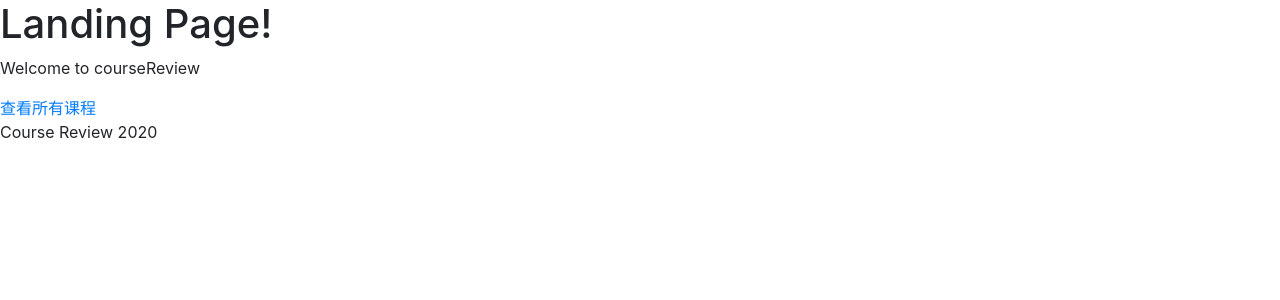
Repository: codewangg/CourseReview
Page: http://localhost/
An editor plug-in stored every save of this project. The page is shown before and after the next save, followed by the edit.
The browser window is 1280 px wide. The pictures show the whole page.
The page is served by the project's Node server (app.js).

Above is the page before, as saved 2020-08-15 16:38:33.

After the next save:
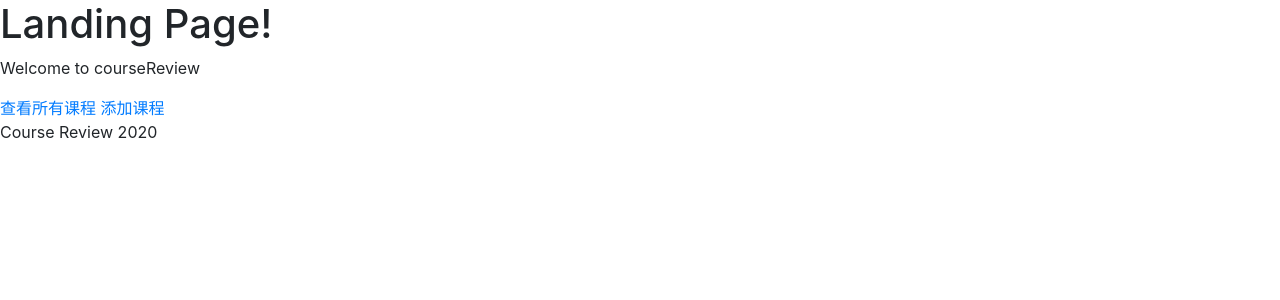
Saved 4 min 43 s later.
--- a/views/landing.ejs
+++ b/views/landing.ejs
@@ -3,5 +3,6 @@
 <p> Welcome to courseReview</p>
 
 <a href="/courses">查看所有课程</a>
+<a href="/courses/new">添加课程</a>
 
 <%- include('partials/footer')%>
